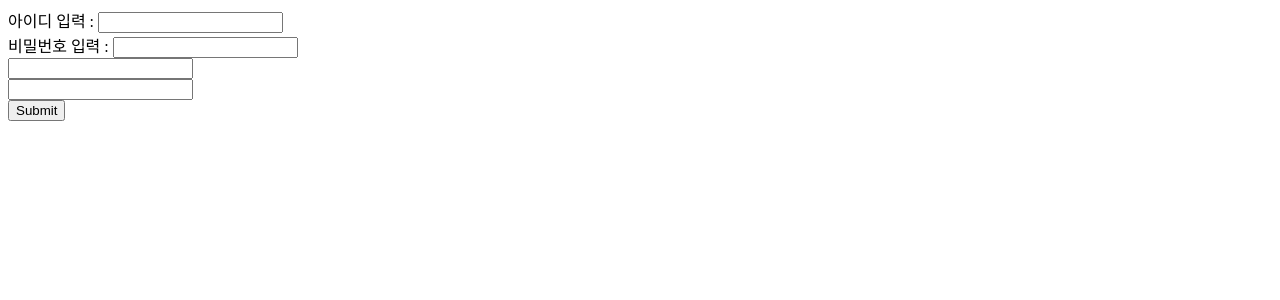
Repository: djdh94/JSP
Page: http://localhost/JSPBasic/JspObject/1.requests/req_join_form.jsp
These files come from the project's save history. The page is drawn as it stood at one moment and after the next save; the edit follows.
The browser window is 1280 px wide. The pictures show the whole page.
The page is served by Tomcat 9.

Above is the page before, as saved 2022-12-16 13:52:56.

After the next save:
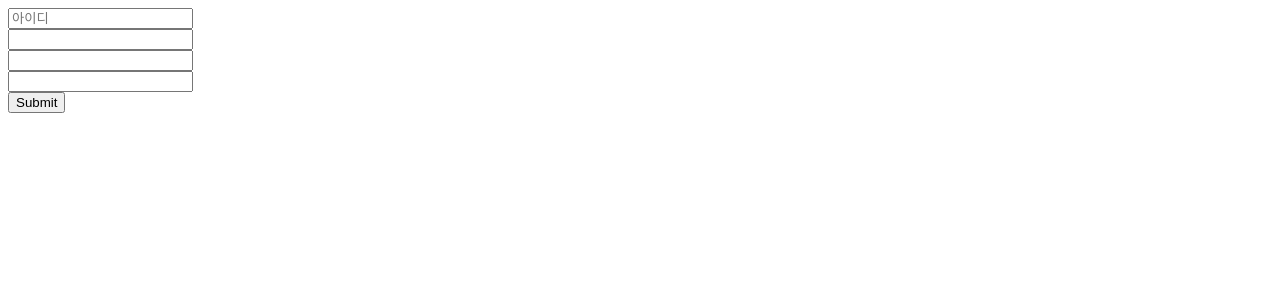
Saved 22 s later.
--- a/JSPBasic/src/main/webapp/JspObject/1.requests/req_join_form.jsp
+++ b/JSPBasic/src/main/webapp/JspObject/1.requests/req_join_form.jsp
@@ -8,11 +8,11 @@
 </head>
 <body>
 	<form action="req_join_result.jsp">
-	아이디 입력 : <input type="text" name="id"/><br/>
-		비밀번호 입력 : <input type="password" name="pw"/><br/>
-					<input type="text" name="name"/><br/>
-					<input type="number" name="age"/><br/>
-					<input type="submit"/>
+		<input type="text" name="id" placeholder="아이디"/><br/>
+		<input type="password" name="pw"/><br/>
+		<input type="text" name="name"/><br/>
+		<input type="number" name="age"/><br/>
+		<input type="submit"/>
 	</form>
 </body>
 </html>
